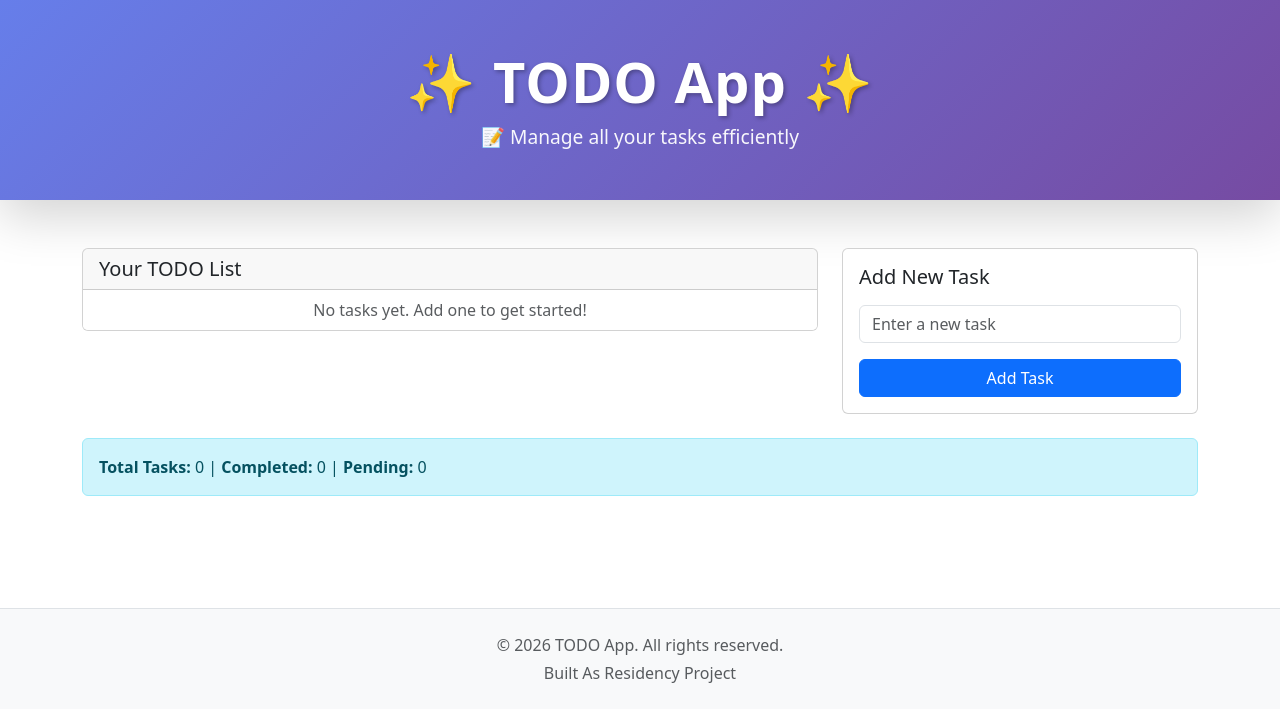
Repository: arunkr12/Master-In-Computer-Science
Page: Advanced Programming Language/Residency Project Team One Arun Javascript Version/TODO/index.html
An editor plug-in stored every save of this project. The page is shown before and after the next save, followed by the edit.
The browser window is 1280 px wide. The pictures show the whole page.
The page's requests for data from a server got no answer. Some web libraries are served in a nearby version.

Above is the page before, as saved 2026-02-20 18:43:44.

### Advanced Programming Language/Residency Project Team One Arun Javascript Version/TODO/index.html
<!doctype html>
<html lang="en">
  <head>
    <meta charset="UTF-8" />
    <meta name="viewport" content="width=device-width, initial-scale=1.0" />
    <title>TODO App</title>
    <link
      href="https://cdn.jsdelivr.net/npm/bootstrap@5.3.8/dist/css/bootstrap.min.css"
      rel="stylesheet"
    />
    <link href="https://cdn.tailwindcss.com" rel="stylesheet" />
    <style>
      body {
        display: flex;
        flex-direction: column;
        min-height: 100vh;
      }
      main {
        flex: 1;
      }
      footer {
        background-color: #f8f9fa;
        border-top: 1px solid #dee2e6;
      }
    </style>
  </head>
  <body>
    <div id="app"></div>

    <script src="https://cdn.jsdelivr.net/npm/bootstrap@5.3.8/dist/js/bootstrap.bundle.min.js"></script>
    <script type="module" src="app.js"></script>
  </body>
</html>

### Advanced Programming Language/Residency Project Team One Arun Javascript Version/TODO/app.js
import ToDoContainer from "./ToDoContainer/ToDoContainer.js";

// Initialize the app
const app = document.getElementById("app");
const todoContainer = new ToDoContainer();

// Load todos from JSON Server and render the app
async function initializeApp() {
  await todoContainer.initialize();
  app.innerHTML = todoContainer.render();
  setupEventListeners();
}

function setupEventListeners() {
  // Add todo button click
  const addBtn = document.querySelector(".add-todo-btn");
  const inputField = document.querySelector(".add-todo-input");

  if (addBtn) {
    addBtn.addEventListener("click", async () => {
      const text = inputField.value;
      if (text.trim()) {
        await todoContainer.addTodoItem(text);
        app.innerHTML = todoContainer.render();
        setupEventListeners();
        inputField.value = "";
      }
    });

    inputField.addEventListener("keypress", async (e) => {
      if (e.key === "Enter") {
        const text = inputField.value;
        if (text.trim()) {
          await todoContainer.addTodoItem(text);
          app.innerHTML = todoContainer.render();
          setupEventListeners();
          inputField.value = "";
        }
      }
    });
  }

  // Delete buttons
  const deleteButtons = document.querySelectorAll(".delete-btn");
  deleteButtons.forEach((btn) => {
    btn.addEventListener("click", async () => {
      const id = parseInt(btn.getAttribute("data-id"));
      await todoContainer.deleteTodoItem(id);
      app.innerHTML = todoContainer.render();
      setupEventListeners();
    });
  });

  // Edit buttons
  const editButtons = document.querySelectorAll(".edit-btn");
  editButtons.forEach((btn) => {
    btn.addEventListener("click", async () => {
      const id = parseInt(btn.getAttribute("data-id"));
      const newText = prompt("Edit task:");
      if (newText) {
        await todoContainer.editTodoItem(id, newText);
        app.innerHTML = todoContainer.render();
        setupEventListeners();
      }
    });
  });

  // Toggle checkboxes
  const checkboxes = document.querySelectorAll(".todo-checkbox");
  checkboxes.forEach((checkbox) => {
    checkbox.addEventListener("change", async () => {
      const id = parseInt(checkbox.getAttribute("data-id"));
      await todoContainer.toggleTodoItem(id);
      app.innerHTML = todoContainer.render();
      setupEventListeners();
    });
  });
}

// Initialize the app when DOM is ready
initializeApp();

### Advanced Programming Language/Residency Project Team One Arun Javascript Version/TODO/ToDoContainer/ToDoContainer.js
import Header from "../Header/Header.js";
import Footer from "../Footer/Footer.js";
import ToDoList from "../ToDoList/ToDoList.js";
import AddTodo from "../AddTodo/AddTodo.js";
import Stats from "../Stats/Stats.js";
import TodoService from "../Services/TodoService.js";

class ToDoContainer {
  constructor() {
    this.header = new Header("TODO App", "Manage all your tasks efficiently");
    this.footer = new Footer(2026, "TODO App");
    this.todoList = new ToDoList();
    this.addTodo = new AddTodo();
    this.stats = new Stats();
    this.todoService = new TodoService();

    this.todos = [];
  }

  async initialize() {
    this.todos = await this.todoService.getTodos();
    this.updateComponents();
  }

  updateComponents() {
    this.todoList.setTodos(this.todos);
    this.stats.setTodos(this.todos);
  }

  async addTodoItem(text) {
    if (text.trim()) {
      const newTodo = await this.todoService.addTodo(text);
      if (newTodo) {
        this.todos.push(newTodo);
        this.updateComponents();
        return newTodo;
      }
    }
    return null;
  }

  async editTodoItem(id, newText) {
    if (newText.trim()) {
      const updated = await this.todoService.updateTodo(id, {
        text: newText.trim(),
      });
      if (updated) {
        const todo = this.todos.find((t) => t.id === id);
        if (todo) {
          todo.text = newText.trim();
          this.updateComponents();
        }
        return updated;
      }
    }
    return null;
  }

  async toggleTodoItem(id) {
    const todo = this.todos.find((t) => t.id === id);
    if (todo) {
      const updated = await this.todoService.updateTodo(id, {
        completed: !todo.completed,
      });
      if (updated) {
        todo.completed = updated.completed;
        this.updateComponents();
      }
      return updated;
    }
    return null;
  }

  async deleteTodoItem(id) {
    const success = await this.todoService.deleteTodo(id);
    if (success) {
      this.todos = this.todos.filter((t) => t.id !== id);
      this.updateComponents();
      return true;
    }
    return false;
  }

  render() {
    const header = this.header.render();
    const mainContent = this.renderMain();
    const footer = this.footer.render();

    return `
            ${header}
            ${mainContent}
            ${footer}
        `;
  }

  renderMain() {
    const todoListHtml = this.todoList.render();
    const addTodoHtml = this.addTodo.render();
    const statsHtml = this.stats.render();

    return `
            <main class="py-5">
                <div class="container">
                    <div class="row mb-4">
                        <div class="col-md-8">
                            ${todoListHtml}
                        </div>
                        <div class="col-md-4">
                            ${addTodoHtml}
                        </div>
                    </div>
                    ${statsHtml}
                </div>
            </main>
        `;
  }

  getTodos() {
    return this.todos;
  }
}

export default ToDoContainer;

### Advanced Programming Language/Residency Project Team One Arun Javascript Version/TODO/Header/Header.js
class Header {
  constructor(
    title = "TODO App",
    subtitle = "Manage all your tasks efficiently",
  ) {
    this.title = title;
    this.subtitle = subtitle;
  }

  render() {
    return `
      <header class="bg-gradient-primary text-white py-5 shadow-lg" style="background: linear-gradient(135deg, #667eea 0%, #764ba2 100%);">
        <div class="container">
          <div class="text-center">
            <h1 class="m-0 display-4 fw-bold" style="text-shadow: 2px 2px 4px rgba(0,0,0,0.3); letter-spacing: 1px;">
              ✨ ${this.title} ✨
            </h1>
            <p class="m-0 mt-2 lead text-white" style="font-size: 1.2rem; opacity: 0.95;">
              📝 ${this.subtitle}
            </p>
          </div>
        </div>
      </header>
    `;
  }
}

export default Header;

### Advanced Programming Language/Residency Project Team One Arun Javascript Version/TODO/Footer/Footer.js
class Footer {
  constructor(year = 2026, projectName = "TODO App") {
    this.year = year;
    this.projectName = projectName;
  }

  render() {
    return `
      <footer class="py-4 mt-5">
        <div class="container text-center text-muted">
          <p class="mb-1">&copy; ${this.year} ${this.projectName}. All rights reserved.</p>
          <p class="mb-0">Built As Residency Project</p>
        </div>
      </footer>
    `;
  }
}

export default Footer;

### Advanced Programming Language/Residency Project Team One Arun Javascript Version/TODO/ToDoList/ToDoList.js
class ToDoList {
  constructor(todos = []) {
    this.todos = todos;
    this.editingId = null;
    this.editText = "";
  }

  setTodos(todos) {
    this.todos = todos;
  }

  renderTodoRow(todo) {
    const isEditing = this.editingId === todo.id;

    return `
      <div class="list-group-item d-flex justify-content-between align-items-center" data-todo-id="${todo.id}">
        <div class="flex-grow-1 d-flex align-items-center">
          <input class="form-check-input me-2 todo-checkbox" type="checkbox"
                 data-id="${todo.id}"
                 ${todo.completed ? "checked" : ""}>
          <span class="todo-text ${todo.completed ? "text-decoration-line-through text-muted" : ""}">
            ${todo.text}
          </span>
        </div>
        <div class="btn-group btn-group-sm" role="group">
          <button class="btn btn-outline-warning edit-btn" data-id="${todo.id}" title="Edit">
            <i class="bi bi-pencil"></i> Edit
          </button>
          <button class="btn btn-outline-danger delete-btn" data-id="${todo.id}" title="Delete">
            <i class="bi bi-trash"></i> Delete
          </button>
        </div>
      </div>
    `;
  }

  render() {
    const todosHtml = this.todos
      .map((todo) => this.renderTodoRow(todo))
      .join("");

    return `
      <div class="card">
        <div class="card-header">
          <h5 class="mb-0">Your TODO List</h5>
        </div>
        <div class="list-group list-group-flush todo-list">
          ${todosHtml || '<div class="list-group-item text-center text-muted">No tasks yet. Add one to get started!</div>'}
        </div>
      </div>
    `;
  }
}

export default ToDoList;

### Advanced Programming Language/Residency Project Team One Arun Javascript Version/TODO/AddTodo/AddTodo.js
class AddTodo {
  constructor(onAdd = null) {
    this.onAdd = onAdd;
    this.inputValue = "";
  }

  render() {
    return `
      <div class="card">
        <div class="card-body">
          <h5 class="card-title mb-3">Add New Task</h5>
          <div class="mb-3">
            <input type="text" class="form-control add-todo-input"
                   placeholder="Enter a new task"
                   id="newTaskInput">
          </div>
          <button class="btn btn-primary w-100 add-todo-btn">Add Task</button>
        </div>
      </div>
    `;
  }
}

export default AddTodo;

### Advanced Programming Language/Residency Project Team One Arun Javascript Version/TODO/Stats/Stats.js
class Stats {
  constructor(todos = []) {
    this.todos = todos;
  }

  setTodos(todos) {
    this.todos = todos;
  }

  getTotalTasks() {
    return this.todos.length;
  }

  getCompletedTasks() {
    return this.todos.filter((t) => t.completed).length;
  }

  getPendingTasks() {
    return this.getTotalTasks() - this.getCompletedTasks();
  }

  render() {
    return `
      <div class="alert alert-info" role="alert">
        <strong>Total Tasks:</strong> ${this.getTotalTasks()} |
        <strong>Completed:</strong> ${this.getCompletedTasks()} |
        <strong>Pending:</strong> ${this.getPendingTasks()}
      </div>
    `;
  }
}

export default Stats;

### Advanced Programming Language/Residency Project Team One Arun Javascript Version/TODO/Services/TodoService.js
class TodoService {
  constructor(apiUrl = "http://localhost:3000") {
    this.apiUrl = apiUrl;
    this.todosEndpoint = `${this.apiUrl}/todos`;
  }

  async getTodos() {
    try {
      const response = await fetch(this.todosEndpoint);
      if (!response.ok) throw new Error("Failed to fetch todos");
      return await response.json();
    } catch (error) {
      console.error("Error fetching todos:", error);
      return [];
    }
  }

  async addTodo(text) {
    try {
      const response = await fetch(this.todosEndpoint, {
        method: "POST",
        headers: { "Content-Type": "application/json" },
        body: JSON.stringify({
          text: text.trim(),
          completed: false,
        }),
      });
      if (!response.ok) throw new Error("Failed to add todo");
      return await response.json();
    } catch (error) {
      console.error("Error adding todo:", error);
      return null;
    }
  }

  async updateTodo(id, updates) {
    try {
      const response = await fetch(`${this.todosEndpoint}/${id}`, {
        method: "PATCH",
        headers: { "Content-Type": "application/json" },
        body: JSON.stringify(updates),
      });
      if (!response.ok) throw new Error("Failed to update todo");
      return await response.json();
    } catch (error) {
      console.error("Error updating todo:", error);
      return null;
    }
  }

  async deleteTodo(id) {
    try {
      const response = await fetch(`${this.todosEndpoint}/${id}`, {
        method: "DELETE",
      });
      if (!response.ok) throw new Error("Failed to delete todo");
      return true;
    } catch (error) {
      console.error("Error deleting todo:", error);
      return false;
    }
  }

  async toggleTodo(id, todos) {
    const todo = todos.find((t) => t.id === id);
    if (todo) {
      return this.updateTodo(id, { completed: !todo.completed });
    }
    return null;
  }
}

export default TodoService;

After the next save:
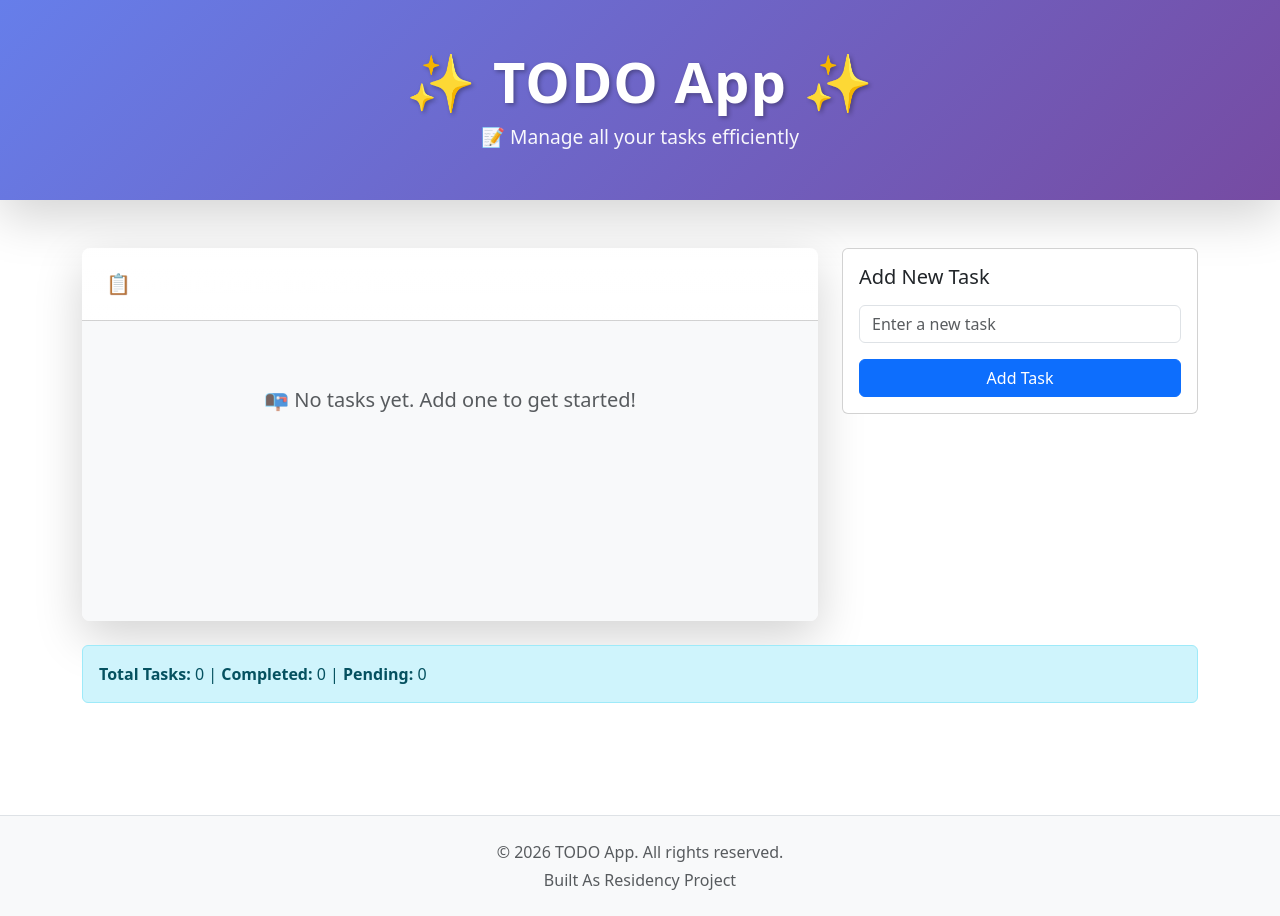
Saved 16 s later.
--- a/Advanced Programming Language/Residency Project Team One Arun Javascript Version/TODO/ToDoList/ToDoList.js
+++ b/Advanced Programming Language/Residency Project Team One Arun Javascript Version/TODO/ToDoList/ToDoList.js
@@ -11,23 +11,28 @@ class ToDoList {
 
   renderTodoRow(todo) {
     const isEditing = this.editingId === todo.id;
+    const statusIcon = todo.completed ? '✅' : '📌';
 
     return `
-      <div class="list-group-item d-flex justify-content-between align-items-center" data-todo-id="${todo.id}">
+      <div class="list-group-item d-flex justify-content-between align-items-center p-3 border-0 shadow-sm mb-2"
+           data-todo-id="${todo.id}"
+           style="background: ${todo.completed ? '#f0f9ff' : '#fafbfc'}; border-left: 4px solid ${todo.completed ? '#28a745' : '#667eea'} !important; border-radius: 4px;">
         <div class="flex-grow-1 d-flex align-items-center">
-          <input class="form-check-input me-2 todo-checkbox" type="checkbox"
+          <input class="form-check-input me-3 todo-checkbox" type="checkbox"
                  data-id="${todo.id}"
+                 style="width: 20px; height: 20px; cursor: pointer;"
                  ${todo.completed ? "checked" : ""}>
-          <span class="todo-text ${todo.completed ? "text-decoration-line-through text-muted" : ""}">
-            ${todo.text}
+          <span class="todo-text fs-5 ${todo.completed ? "text-decoration-line-through text-success" : "text-dark fw-500"}"
+                style="cursor: default;">
+            ${statusIcon} ${todo.text}
           </span>
         </div>
         <div class="btn-group btn-group-sm" role="group">
-          <button class="btn btn-outline-warning edit-btn" data-id="${todo.id}" title="Edit">
-            <i class="bi bi-pencil"></i> Edit
+          <button class="btn btn-sm btn-outline-warning edit-btn" data-id="${todo.id}" title="Edit" style="border-radius: 4px 0 0 4px;">
+            ✏️ Edit
           </button>
-          <button class="btn btn-outline-danger delete-btn" data-id="${todo.id}" title="Delete">
-            <i class="bi bi-trash"></i> Delete
+          <button class="btn btn-sm btn-outline-danger delete-btn" data-id="${todo.id}" title="Delete" style="border-radius: 0 4px 4px 0;">
+            🗑️ Delete
           </button>
         </div>
       </div>
@@ -40,12 +45,14 @@ class ToDoList {
       .join("");
 
     return `
-      <div class="card">
-        <div class="card-header">
-          <h5 class="mb-0">Your TODO List</h5>
+      <div class="card shadow-lg border-0" style="border-radius: 8px;">
+        <div class="card-header bg-gradient p-4" style="background: linear-gradient(135deg, #667eea 0%, #764ba2 100%); border-radius: 8px 8px 0 0;">
+          <h5 class="mb-0 text-white fw-bold">
+            📋 Your TODO List (${this.todos.length} tasks)
+          </h5>
         </div>
-        <div class="list-group list-group-flush todo-list">
-          ${todosHtml || '<div class="list-group-item text-center text-muted">No tasks yet. Add one to get started!</div>'}
+        <div class="p-3" style="min-height: 300px; background: #f8f9fa; border-radius: 0 0 8px 8px;">
+          ${todosHtml || '<div class="text-center text-muted py-5"><p class="fs-5">📭 No tasks yet. Add one to get started!</p></div>'}
         </div>
       </div>
     `;
